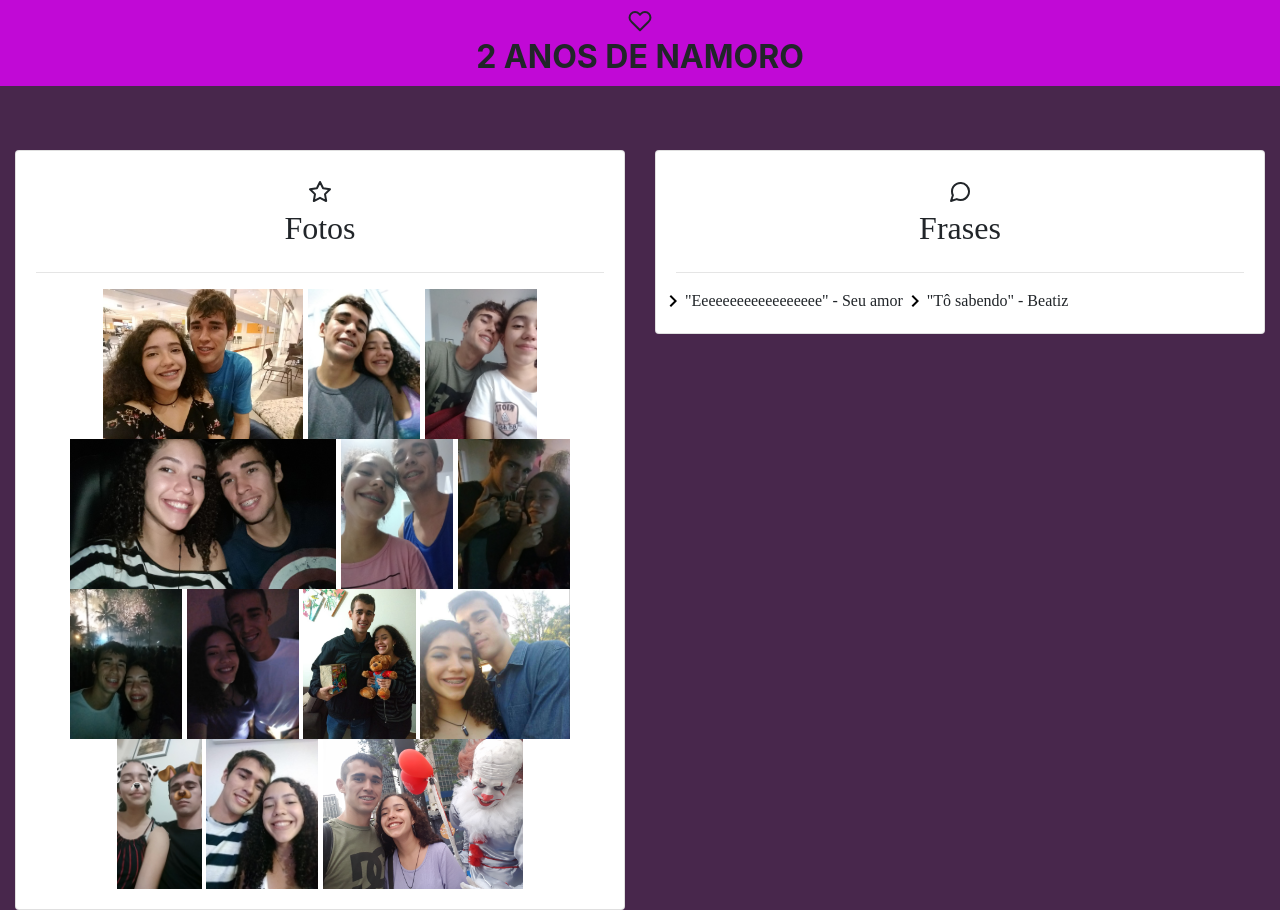
Repository: MeuAmor/meuamor.github.io
Page: index.html
The author's editor kept a copy of each file at every save. The page is drawn from the files as they stood at one save, then again after the next save.
The browser window is 1280 px wide. The pictures show the whole page.

Above is the page before, as saved 2019-08-20 23:18:06.

After the next save:
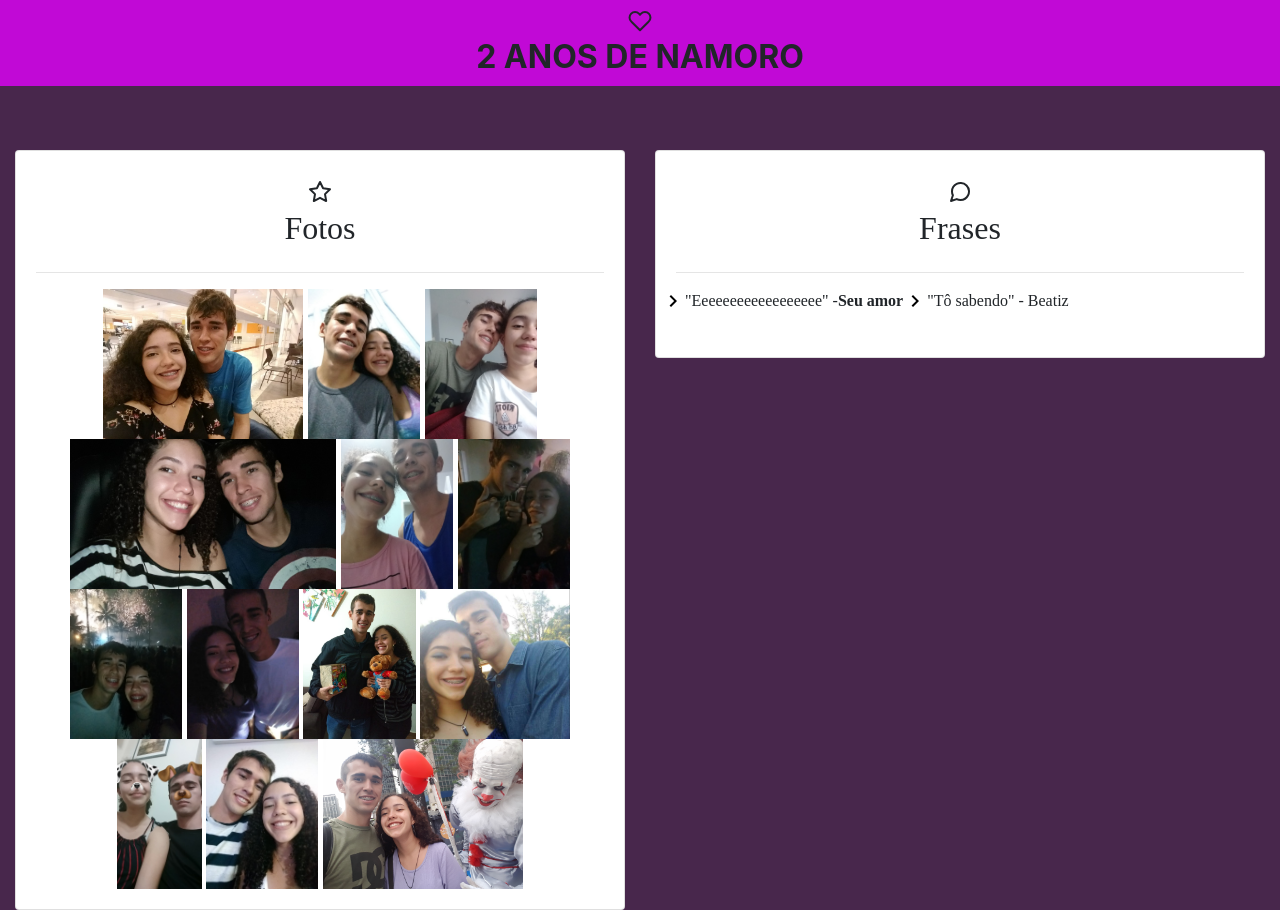
Saved 28 s later.
--- a/index.html
+++ b/index.html
@@ -125,8 +125,8 @@
                         <path d="M8.59 16.59L13.17 12 8.59 7.41 10 6l6 6-6 6-1.41-1.41z"/>
                         <path fill="none" d="M0 0h24v24H0V0z"/>
                     </svg>
-                    "Eeeeeeeeeeeeeeeeee" - Seu amor
-
+                    "Eeeeeeeeeeeeeeeeee" - <b>Seu amor</b>
+                    <br>
                     <br>
                     <svg xmlns="http://www.w3.org/2000/svg" width="24" height="24" viewBox="0 0 24 24">
                         <path d="M8.59 16.59L13.17 12 8.59 7.41 10 6l6 6-6 6-1.41-1.41z"/>
